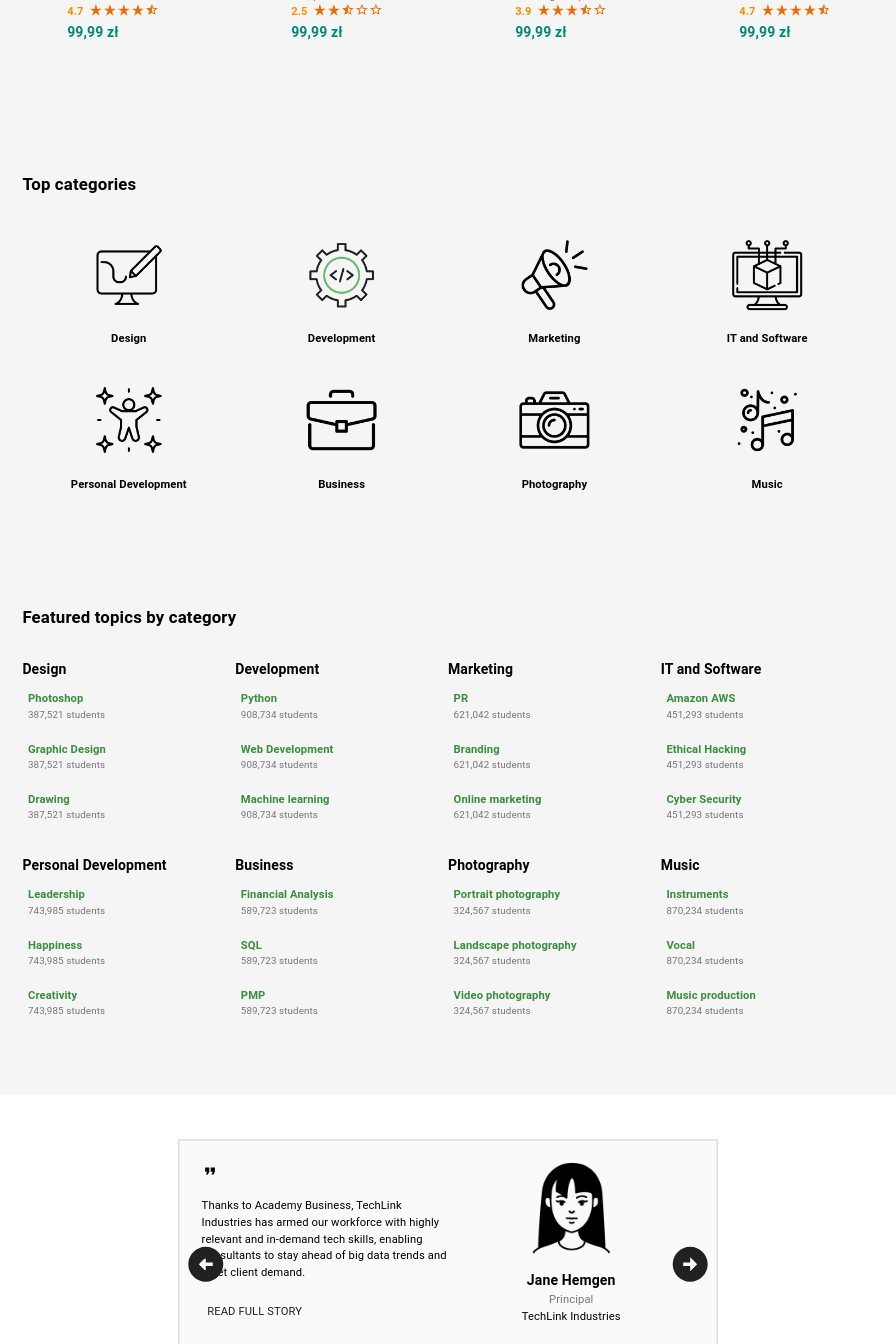
Repository: princ3-web/academy
Page: /
An editor plug-in stored every save of this project. The page is shown before and after the next save, followed by the edit.
The browser window is 1280 px wide. The pictures show the part of the page from y = 3160 to 5080 px (the page is 5413 px tall before and 5409 px after), at 70% of full size.
The project was rebuilt for these pictures with package versions that can differ from the ones it lists, and the page was loaded fresh each time. Also part of the build but not shown: vite.config.js, src/pages/Courses.jsx, src/pages/Business.jsx, src/pages/Teach.jsx.

Above is the page before, as saved 2023-07-12 17:24:02.

After the next save:
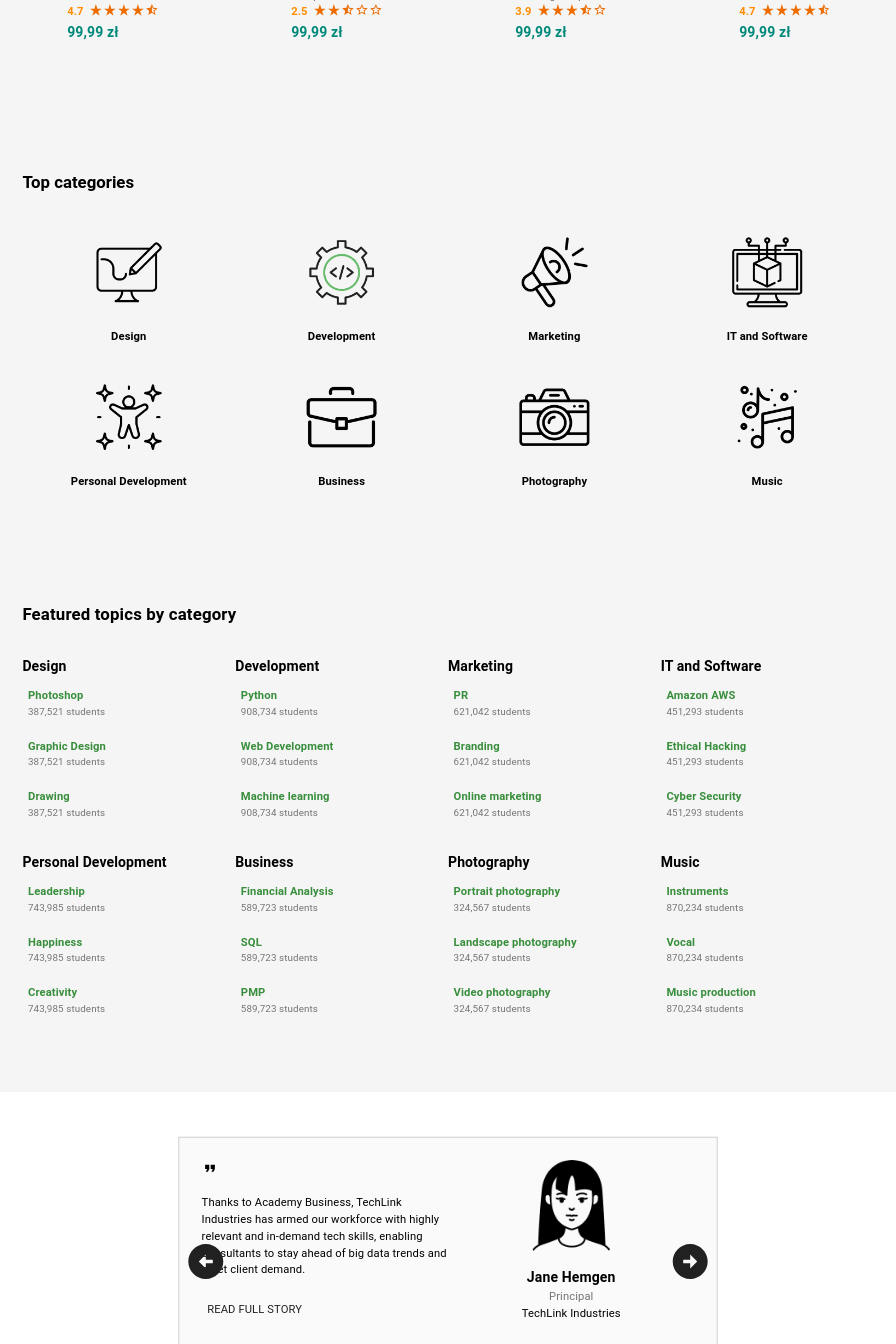
Saved 9 s later.
--- a/src/pages/Home.jsx
+++ b/src/pages/Home.jsx
@@ -118,7 +118,7 @@
         />
       </Box>
       <Box px={4} py={8} sx={{ backgroundColor: grey[100] }}>
-        <Typography fontSize={24} fontWeight={600} mb={5}>
+        <Typography variant={"h5"} fontWeight={600} mb={5}>
           Top categories
         </Typography>
         <Box display={"flex"} flexWrap={"wrap"}>
